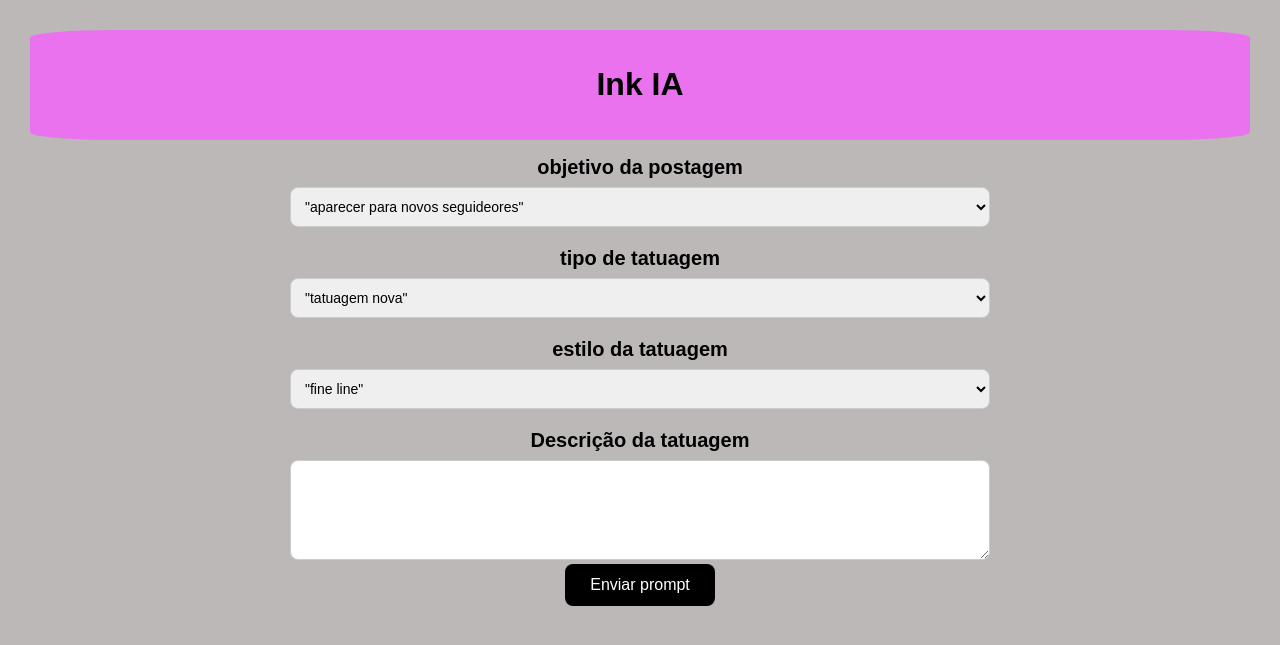
Repository: Ubiratandev/ink_api
Page: ink_IA/ink_ia.html
An editor plug-in stored every save of this project. The page is shown before and after the next save, followed by the edit.
The browser window is 1280 px wide. The pictures show the whole page.

Above is the page before, as saved 2026-03-25 00:16:45.

### ink_IA/ink_ia.html
<!DOCTYPE html>
<html>
<head>
    <link rel="stylesheet" href="styles.css">
    <title>Ink IA</title>
</head>
<header>
    <h1>Ink IA</h1>
</header>
<body>
   <div class="objetivo">
    <h2>objetivo da postagem</h2>
    <select value = "Objetivo da postagem:" id = "objetivo" onchange={changeObjetivo()}>
    <optgroup>
        <option value = "aparecer para novos seguideores"> "aparecer para novos seguideores"</option>
        <option value = "engajar com pessoas que ja viram as suas postagens">"engajar com pessoas que ja viram as suas postagens"</option>
        <option value = "vender para pessoas que ja engajaram com voce">"vender para pessoas que ja engajaram com voce"</option>
    </optgroup>
   </select>
   <script>
    const changeObjetivo =()=>{
   const objetivo = document.getElementById("objetivo").value;
   }
   </script>
   </div>

   <div class="tipo_tatuagem">


    <h2>tipo de tatuagem</h2>
    <select value = "tipo de tatuagem" id ="tipo" onchange={changeTipo()}>
    <optgroup>
        <option value = "tatuagem nova"> "tatuagem nova"</option>
        <option value = "cobertura">"cobertura"</option>
        <option value = "reforma">"reforma"</option>
    </optgroup>
   </select>
   <script>
   const changeTipo =()=>{
    const tipo = document.getElementById("tipo").value;
   }
   </script>
   </div>



   <div class="estilo">


    <h2>estilo da tatuagem</h2>
    <select value = "estilo da tatuagem" id = "estilo" onchange = {changeEstilo()}>
    <optgroup>
        <option value = "fine line"> "fine line"</option>
        <option value = "realismo preto e cinza">"realismo preto e cinza"</option>
        <option value = "realismo colorido">"realismo colorido"</option>
        <option value = "neotradicional">"neotradicional"</option>

    </optgroup>
   </select>
   <script>
    const changeEstilo = ()=>{
        const estilo = document.getElementById("estilo").value;
    }
   </script>
   </div>

<div>
  <h2>Descrição da tatuagem</h2>

  <textarea id="descricao"></textarea>


  <script>
    let desc = "";

    const descricao = document.getElementById("descricao");

    descricao.addEventListener("input", () => {
      desc = descricao.value;

    });
  </script>
</div>

<script>
    function abrirModal(texto) {
  document.getElementById("conteudoResposta").innerText = texto;
  document.getElementById("modal").style.display = "block";
}

function fecharModal() {
  document.getElementById("modal").style.display = "none";
}
</script>

    <div id="modal" style="display:none; position:fixed; top:0; left:0; width:100%; height:100%; background:rgba(0,0,0,0.6);">

  <div style="background:white; padding:20px; margin:10% auto; width:60%; border-radius:10px;">

    <button onclick="fecharModal()">X</button>

    <h3>Resultado</h3>
    <p id="conteudoResposta"></p>

  </div>

</div>


   <div>
<button onclick="enviarPrompt()">Enviar prompt</button>
   <script>
    const enviarPrompt =()=>{
        let prompt = `Você é um especialista em marketing para tatuadores.

Crie uma legenda para Instagram com base EXCLUSIVAMENTE nas informações abaixo:

Descrição: ${desc}
Tipo: ${tipo}
Estilo: ${estilo}
Objetivo: ${objetivo}

REGRAS IMPORTANTES:
- NÃO invente elementos que não estão na descrição
- NÃO substitua palavras por sinônimos (ex: borboleta ≠ mariposa)
- Use exatamente os conceitos fornecidos
- Seja fiel à descrição
- Não adicione nada que não seja referente a postagem, nem comentarios nem observações

A legenda deve:
- Ser envolvente e natural
- Conversar com o público de tatuagem
- Incluir um CTA sutil

Inclua também:
- 10 hashtags relevantes BASEADAS SOMENTE na descrição

Formato:

Legenda:
CTA:
Hashtags:`
enviar(prompt)
    }
   </script>
   </div>

   <script>
    async function enviar(prompt) {

  const response = await fetch("http://localhost:5000/gerar", {
    method: "POST",
    headers: {
      "Content-Type": "application/json"
    },
    body: JSON.stringify({
      prompt: prompt
    })
  });

  const data = await response.json();
abrirModal(data.resposta);
  console.log(data.resposta);

}
   </script>
</body>
</html>

### ink_IA/styles.css
/* RESET básico */
header {
  margin: 0;
  padding: 15px;
  font-family: Arial, sans-serif;
  background: #eb72ef;
  justify-content:center;
  align-items:center;
  text-align:center;
  border-radius:7%;


}

body {
  margin: 0;
  padding: 15px;
  font-family: Arial, sans-serif;
  background: #bcb8b8;
  justify-content:center;
  align-items:center;
  text-align:center;


}

/* títulos */
h2 {
  font-size: 18px;
  margin-bottom: 8px;
}

/* containers */
.objetivo,
.tipo_tatuagem,
.estilo,
div {
  margin-bottom: 20px;
}

/* inputs */
select,
textarea {
  width: 100%;
  padding: 10px;
  border-radius: 8px;
  border: 1px solid #ccc;
  font-size: 14px;
  box-sizing: border-box;
}

/* textarea */
textarea {
  min-height: 100px;
  resize: vertical;
}

/* botão */
button {
  width: 100%;
  padding: 12px;
  background: black;
  color: white;
  border: none;
  border-radius: 8px;
  font-size: 16px;
  cursor: pointer;
  margin:auto;
}

button:hover {
  background: #333;
}

/* MODAL */
#modal {
  display: none;
  position: fixed;
  top: 0;
  left: 0;
  width: 100%;
  height: 100%;
  background: rgba(0,0,0,0.6);
}

#modal .box {
  background: white;
  padding: 20px;
  margin: 20% auto;
  width: 90%;
  border-radius: 10px;
  max-height: 70vh;
  overflow-y: auto;
}

/* texto do modal */
#conteudoResposta {
  white-space: pre-line;
  font-size: 14px;
  line-height: 1.5;
}

/* botão fechar */
#modal button {
  width: auto;
  background: red;
  margin-bottom: 10px;
}



@media (min-width: 768px) {

  body {
    padding: 30px;
  }

  /* centraliza layout */
  body > div {
    max-width: 700px;
    margin: auto;
  }

  button {
    width: auto;
    padding: 12px 25px;
  }

  #modal .box {
    width: 60%;
    margin: 10% auto;
  }

  h2 {
    font-size: 20px;
  }
}

After the next save:
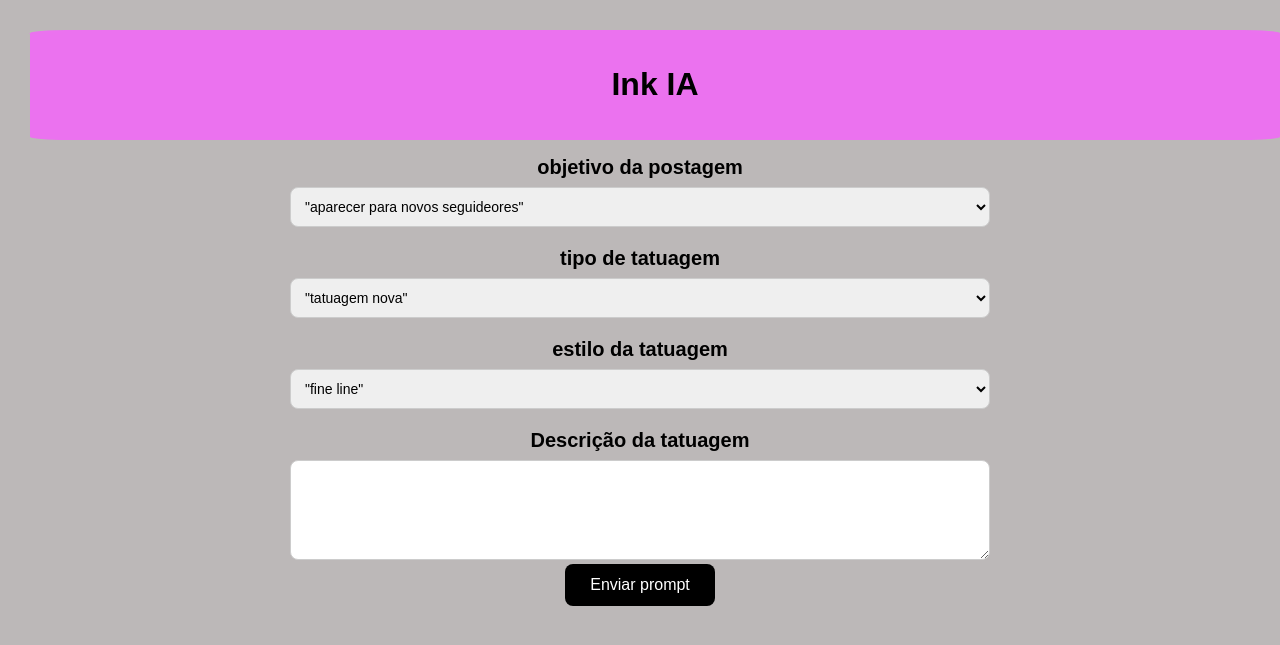
Saved 29 s later.
--- a/ink_IA/styles.css
+++ b/ink_IA/styles.css
@@ -7,7 +7,8 @@ header {
   justify-content:center;
   align-items:center;
   text-align:center;
-  border-radius:7%;
+  border-radius:3%;
+  width:100%;
 
 
 }
